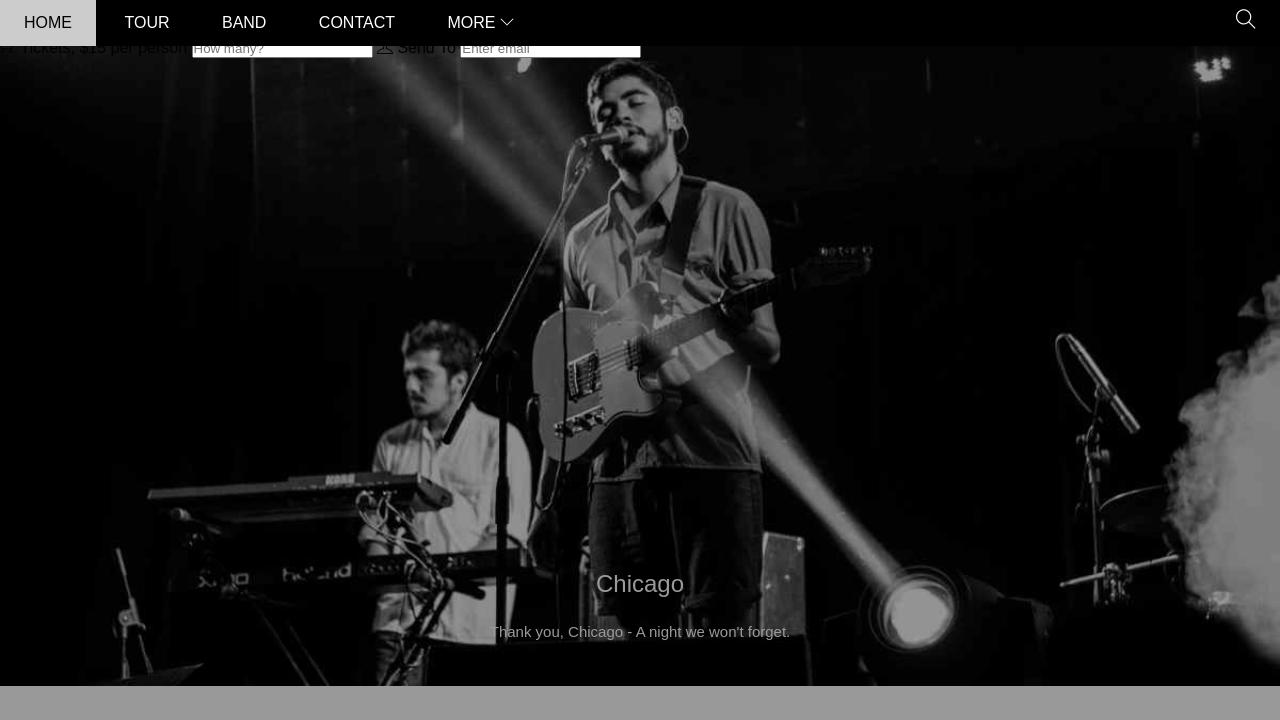
Repository: ducvui2003/LTCB
Page: index.html
The author's editor kept a copy of each file at every save. The page is drawn from the files as they stood at one save, then again after the next save.
The browser window is 1280 px wide. The pictures show the window.
A layer covers the whole window, so only the first screen is drawn.

Above is the page before, as saved 2022-01-10 11:38:04.

After the next save:
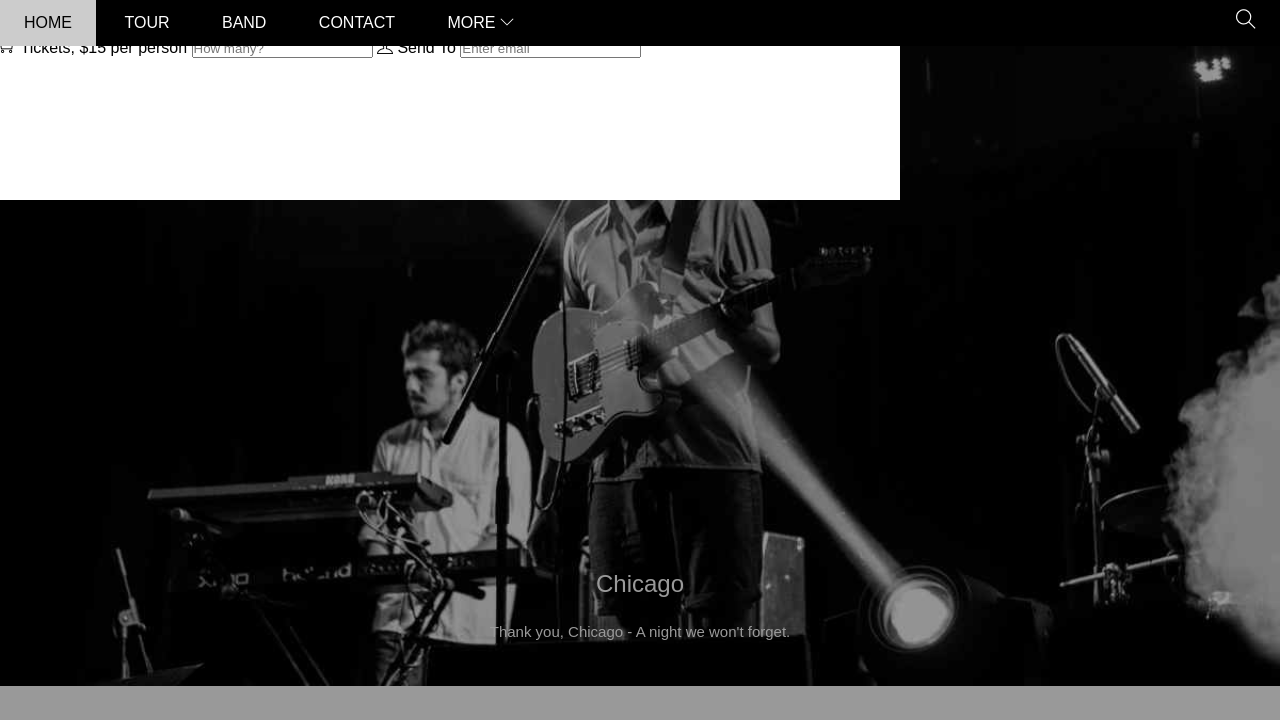
Saved 5 min 12 s later.
--- a/assest/Css/styles.css
+++ b/assest/Css/styles.css
@@ -322,3 +322,9 @@
     bottom: 0;
     background-color: rgba(0, 0, 0, 0.4);
 }
+
+.modal-container {
+    background-color: #fff;
+    width: 900px;
+    min-height: 200px;
+}
